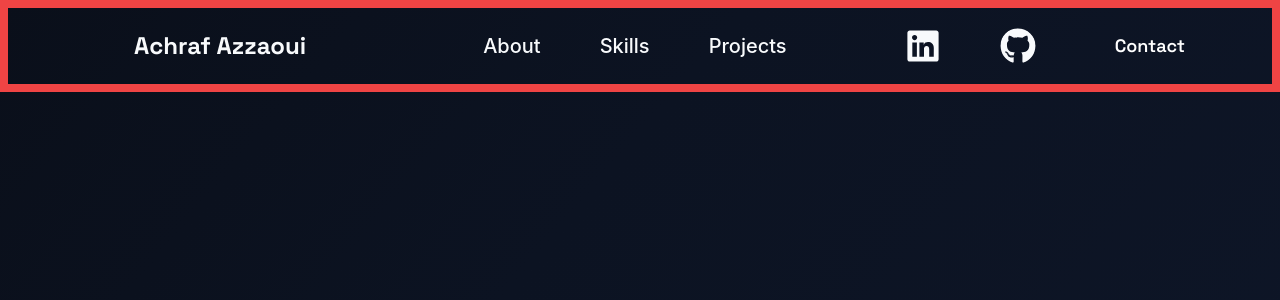
Repository: AchrafAzzaoui/Portfolio-Website
Page: / (app in achrafs-portfolio/)
The author's editor kept a copy of each file at every save. The page is drawn from the files as they stood at one save, then again after a run of saves.
The browser window is 1280 px wide. The pictures show the whole page.
Some web fonts or font styles are not loaded; a fallback is used. The project was rebuilt for these pictures with package versions that can differ from the ones it lists, and the page was loaded fresh each time. Also part of the build but not shown: achrafs-portfolio/vite.config.ts.

Above is the page before, as saved 2025-01-02 23:08:20.

After the next 2 saves:
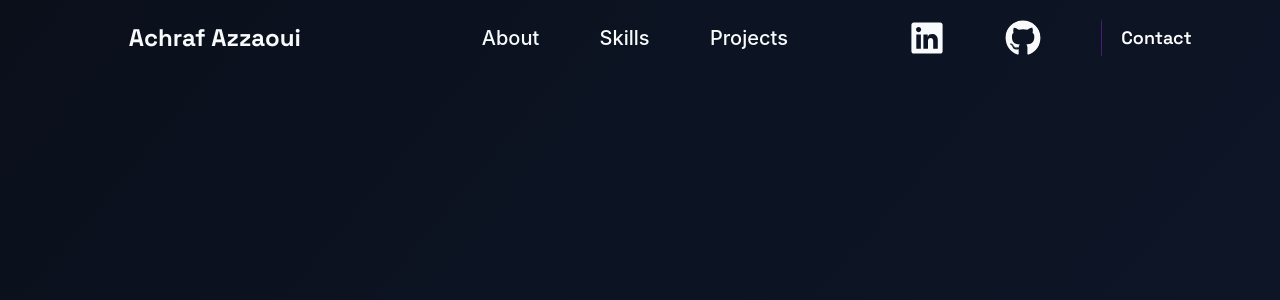
The 2 saves are shown as one change because 1 did not build or start.
The last was saved 4 min 27 s later.
--- a/achrafs-portfolio/src/components/layout/Header.tsx
+++ b/achrafs-portfolio/src/components/layout/Header.tsx
@@ -6,7 +6,7 @@ export default function Header() {
   const [isMenuOpen, setIsMenuOpen] = useState(false);
 
   return (
-    <header className="px-2 py-4 border-8 border-red-500">
+    <header className="px-2 py-4">
       <nav className="flex ">
         <div className="basis-3/16 flex-auto flex justify-center items-center font-display font-bold text-dark-text-primary">
           <a href="#home" target="_blank">
